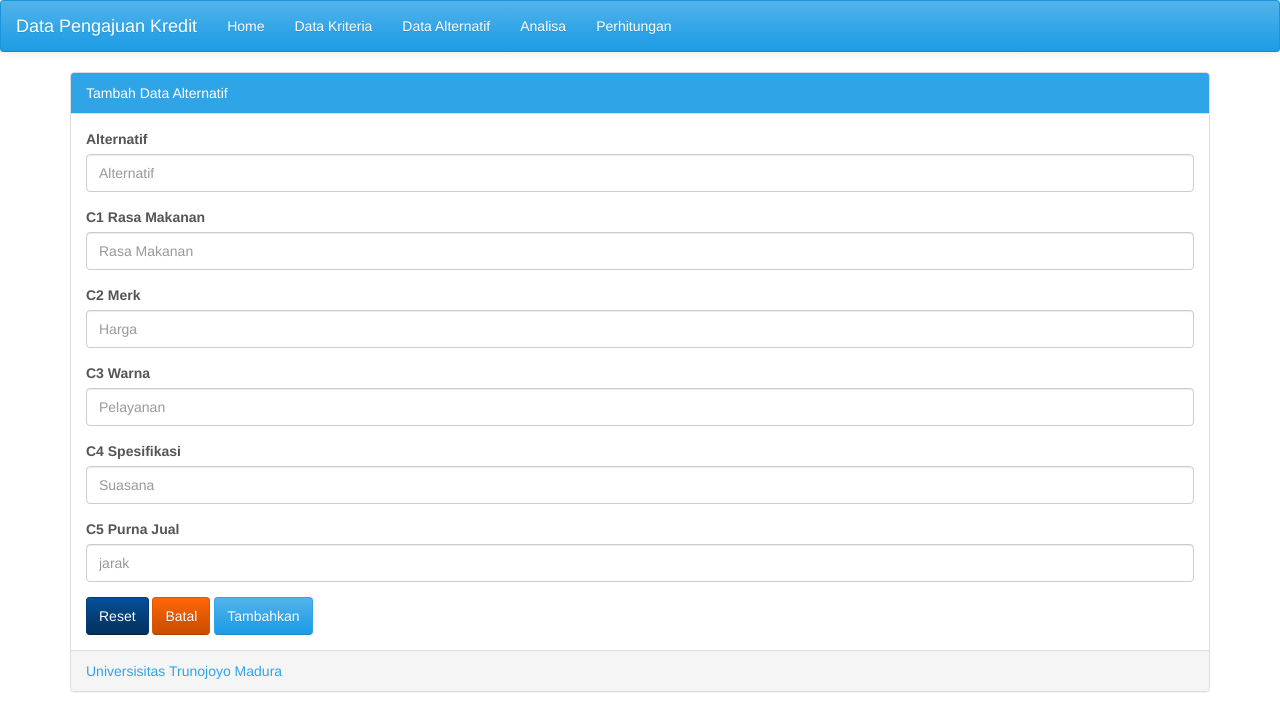
Repository: GiraldoSN/SPK_Penajuan-Kredit_Weighted-Product
Page: http://localhost/add-alternatif.php
The author's editor kept a copy of each file at every save. The page is drawn from the files as they stood at one save, then again after the next save.
The browser window is 1280 px wide. The pictures show the whole page.
The page is run by PHP 8.4 with error messages shown; the project is at /var/www/html/. The database holds what the project's SQL file puts in it.

Above is the page before, as saved 2024-05-29 13:04:55.

### SPK/dokumentasi/spk/add-alternatif.php
<?php
	session_start();
	include('configdb.php');
?>
<!DOCTYPE html>
<html lang="en"><head><meta http-equiv="Content-Type" content="text/html; charset=UTF-8">
    <meta charset="utf-8">
    <meta http-equiv="X-UA-Compatible" content="IE=edge">
    <meta name="viewport" content="width=device-width, initial-scale=1">
    <!-- The above 3 meta tags *must* come first in the head; any other head content must come *after* these tags -->
    <meta name="description" content="">
    <meta name="author" content="">
    <link rel="icon" href="favicon.ico">

    <title><?php echo $_SESSION['judul']." - ".$_SESSION['by'];?></title>

    <!-- Bootstrap core CSS -->
    <!--link href="ui/css/bootstrap.css" rel="stylesheet"-->
	<link href="ui/css/cerulean.min.css" rel="stylesheet">

    <!-- Just for debugging purposes. Don't actually copy these 2 lines! -->
    <!--[if lt IE 9]><script src="../../assets/js/ie8-responsive-file-warning.js"></script><![endif]-->
    <!--script src="./index_files/ie-emulation-modes-warning.js"></script-->

    <!-- HTML5 shim and Respond.js for IE8 support of HTML5 elements and media queries -->
    <!--[if lt IE 9]>
      <script src="https://oss.maxcdn.com/html5shiv/3.7.2/html5shiv.min.js"></script>
      <script src="https://oss.maxcdn.com/respond/1.4.2/respond.min.js"></script>
    <![endif]-->
  </head>

  <body>

      <!-- Static navbar -->
      <nav class="navbar navbar-default">
        <div class="container-fluid">
          <div class="navbar-header">
            <button type="button" class="navbar-toggle collapsed" data-toggle="collapse" data-target="#navbar" aria-expanded="false" aria-controls="navbar">
              <span class="sr-only">Toggle navigation</span>
              <span class="icon-bar"></span>
              <span class="icon-bar"></span>
              <span class="icon-bar"></span>
            </button>
            <a class="navbar-brand" href="#"><?php echo $_SESSION['judul'];?></a>
          </div>
          <div id="navbar" class="navbar-collapse collapse">
            <ul class="nav navbar-nav">
              <li><a href="index.php">Home</a></li>
              <li><a href="kriteria.php">Data Kriteria</a></li>
              <li><a href="alternatif.php">Data Alternatif</a></li>
			  <li><a href="analisa.php">Analisa</a></li>
              <li><a href="perhitungan.php">Perhitungan</a></li>
			</ul>
          </div><!--/.nav-collapse -->
        </div><!--/.container-fluid -->
      </nav>
		<div class="container">
      <!-- Main component for a primary marketing message or call to action -->
      <div class="panel panel-primary">
		  <!-- Default panel contents -->
		  <div class="panel-heading">Tambah Data Alternatif</div>
		  <div class="panel-body">
							<?php
											$kriteria = $mysqli->query("select * from kriteria");
											if(!$kriteria){
												echo $mysqli->connect_errno." - ".$mysqli->connect_error;
												exit();
											}
											$i=0;
											while ($row = $kriteria->fetch_assoc()) {
												@$k[$i] = $row["kriteria"];
												$i++;
											}
							?>
							<form role="form" method="post" action="add.php">
                                    <div class="box-body">
                                        <div class="form-group">
                                            <label for="alternatif">Alternatif</label>
                                            <input type="text" class="form-control" name="alternatif" id="alternatif" placeholder="Alternatif">
                                        </div>
																				<div class="form-group">
                                            <label for="alternatif">C1 Rasa Makanan</label>
                                            <input type="text" class="form-control" name="k1" id="alternatif" placeholder="Rasa Makanan">
                                        </div>

										<div class="form-group">
                                            <label for="k2"><?php echo ucwords($k[1]);?></label>
                                           <input type="text" select class="form-control" name="k2" id="k2" placeholder="Harga">

                                        </div>
										<div class="form-group">
                                            <label for="k3"><?php echo ucwords($k[2]);?></label>
                                            <input type="text" select class="form-control" name="k3" id="k3" placeholder="Pelayanan">

                                        </div>
										<div class="form-group">
                                            <label for="k4"><?php echo ucwords($k[3]);?></label>
                                           <input type="text" select class="form-control" name="k4" id="k4" placeholder="Suasana">

                                        </div>
										<div class="form-group">
                                            <label for="k5"><?php echo ucwords($k[4]);?></label>
                                            <input type="text" select class="form-control" name="k5" id="k5" placeholder="jarak">

                                        </div>
                                    </div><!-- /.box-body -->

                                    <div class="box-footer">
										<button type="reset" class="btn btn-info">Reset</button>
										<a href="alternatif.php" type="cancel" class="btn btn-warning">Batal</a>
                                        <button type="submit" class="btn btn-primary">Tambahkan</button>
                                    </div>
                            </form>
							<?php ?>
		  </div>
		  <div class="panel-footer text-primary"><?php echo $_SESSION['by'];?><div class="pull-right"></div></div>
		</div>

    </div> <!-- /container -->


    <!-- Bootstrap core JavaScript
    ================================================== -->
    <!-- Placed at the end of the document so the pages load faster -->
    <script src="ui/js/jquery-1.10.2.min.js"></script>
	<script src="ui/js/bootstrap.min.js"></script>
	<script src="ui/js/bootswatch.js"></script>
	<!-- IE10 viewport hack for Surface/desktop Windows 8 bug -->
    <script src="ui/js/ie10-viewport-bug-workaround.js"></script>

</body></html>

### SPK/dokumentasi/spk/configdb.php
<?php
	@session_start();
	$_SESSION['judul'] = 'Data Pengajuan Kredit';
	$_SESSION['welcome'] = 'SISTEM PENGAMBIL KEPUTUSAN BERBASIS WEB DENGAN METODE WEIGHT PRODUCT';
	$_SESSION['by'] = 'Universisitas Trunojoyo Madura';
	$mysqli = new mysqli('localhost','root','','spk-wp');
	if($mysqli->connect_errno){
		echo $mysqli->connect_errno." - ".$mysqli->connect_error;
		exit();
	}
?>

### SPK/dokumentasi/spk/ui/js/bootswatch.js
(function(){
  $(window).scroll(function () {
      var top = $(document).scrollTop();
      $('.splash').css({
        'background-position': '0px -'+(top/3).toFixed(2)+'px'
      });
      if(top > 50)
        $('#home > .navbar').removeClass('navbar-transparent');
      else
        $('#home > .navbar').addClass('navbar-transparent');
  });

  $("a[href='#']").click(function(e) {
    e.preventDefault();
  });

  var $button = $("<div id='source-button' class='btn btn-primary btn-xs'>&lt; &gt;</div>").click(function(){
    var html = $(this).parent().html();
    html = cleanSource(html);
    $("#source-modal pre").text(html);
    $("#source-modal").modal();
  });

  $('.bs-component [data-toggle="popover"]').popover();
  $('.bs-component [data-toggle="tooltip"]').tooltip();

  $(".bs-component").hover(function(){
    $(this).append($button);
    $button.show();
  }, function(){
    $button.hide();
  });

  function cleanSource(html) {
    var lines = html.split(/\n/);

    lines.shift();
    lines.splice(-1, 1);

    var indentSize = lines[0].length - lines[0].trim().length,
        re = new RegExp(" {" + indentSize + "}");

    lines = lines.map(function(line){
      if (line.match(re)) {
        line = line.substring(indentSize);
      }

      return line;
    });

    lines = lines.join("\n");

    return lines;
  }

})();

### SPK/dokumentasi/spk/spk-wp.sql (the tables this page reads)
CREATE TABLE `kriteria` (
  `id_kriteria` varchar(20) NOT NULL,
  `kriteria` varchar(20) NOT NULL,
  `kepentingan` varchar(20) NOT NULL,
  `cost_benefit` varchar(20) NOT NULL
) ENGINE=InnoDB DEFAULT CHARSET=latin1;

INSERT INTO `kriteria` (`id_kriteria`, `kriteria`, `kepentingan`, `cost_benefit`) VALUES
('1', 'c1 harga', '1', 'cost'),
('2', 'c2 merk', '3', 'benefit'),
('3', 'c3 warna', '5', 'benefit'),
('4', 'c4 spesifikasi', '2', 'benefit'),
('5', 'c5 purna jual', '4', 'cost');

ALTER TABLE `kriteria`
  ADD PRIMARY KEY (`id_kriteria`);

Loaded but not shown: SPK/dokumentasi/spk/ui/css/cerulean.min.css (library); SPK/dokumentasi/spk/ui/js/jquery-1.10.2.min.js (library); SPK/dokumentasi/spk/ui/js/bootstrap.min.js (library); SPK/dokumentasi/spk/ui/js/ie10-viewport-bug-workaround.js (common file)

After the next save:
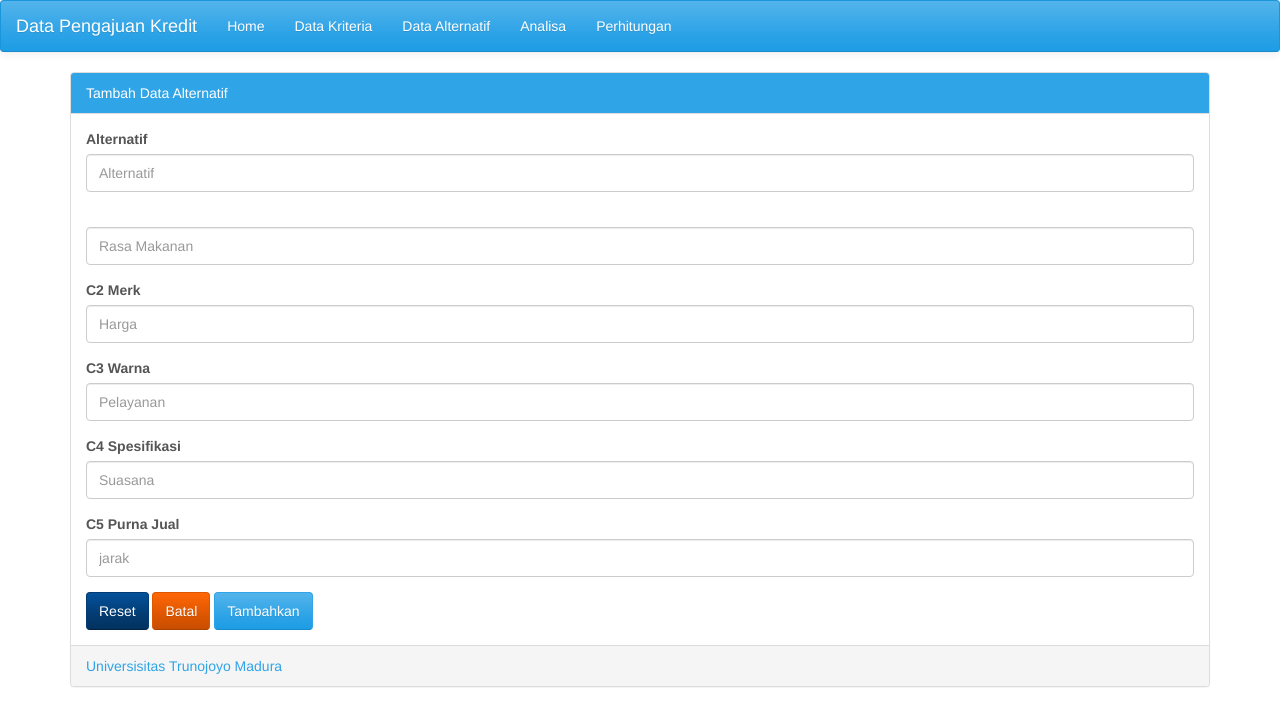
Saved 97 min 39 s later.
--- a/SPK/dokumentasi/spk/add-alternatif.php
+++ b/SPK/dokumentasi/spk/add-alternatif.php
@@ -79,7 +79,7 @@
                                             <input type="text" class="form-control" name="alternatif" id="alternatif" placeholder="Alternatif">
                                         </div>
 																				<div class="form-group">
-                                            <label for="alternatif">C1 Rasa Makanan</label>
+                                            <label for="alternatif"></label>
                                             <input type="text" class="form-control" name="k1" id="alternatif" placeholder="Rasa Makanan">
                                         </div>
 

After the save that followed:
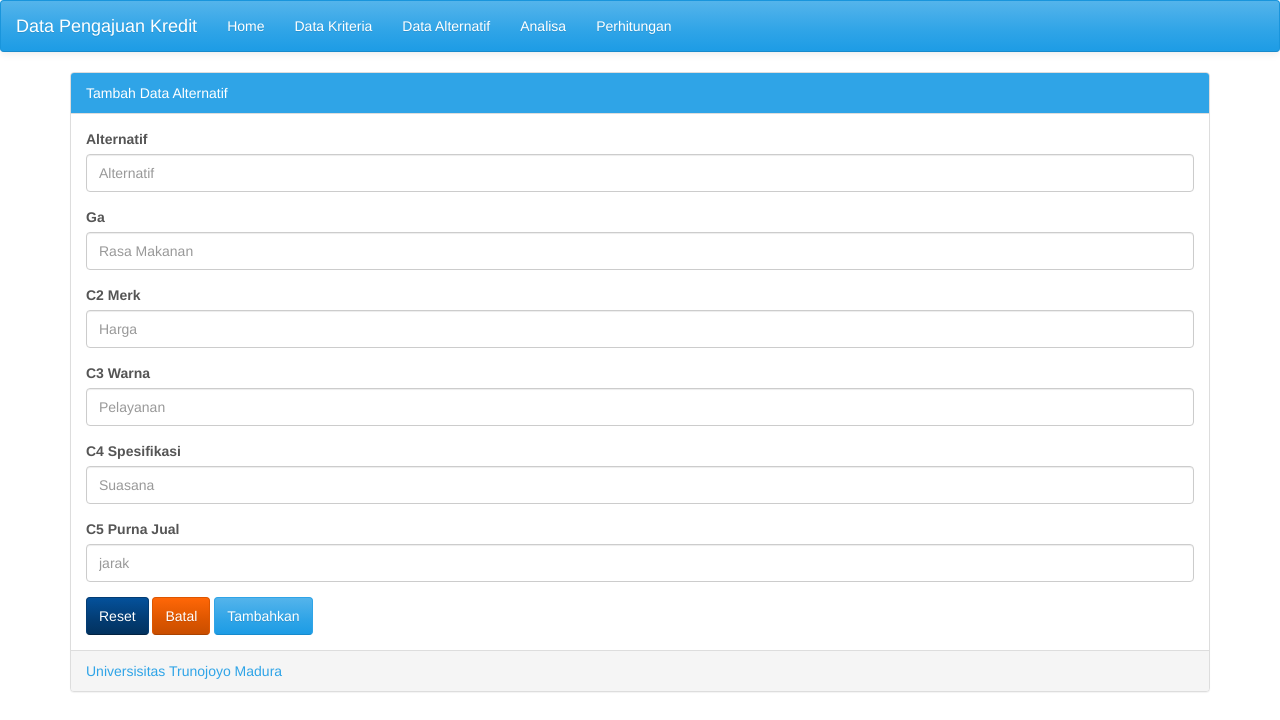
Saved 24 s later.
--- a/SPK/dokumentasi/spk/add-alternatif.php
+++ b/SPK/dokumentasi/spk/add-alternatif.php
@@ -79,7 +79,7 @@
                                             <input type="text" class="form-control" name="alternatif" id="alternatif" placeholder="Alternatif">
                                         </div>
 																				<div class="form-group">
-                                            <label for="alternatif"></label>
+                                            <label for="alternatif">Ga</label>
                                             <input type="text" class="form-control" name="k1" id="alternatif" placeholder="Rasa Makanan">
                                         </div>
 
